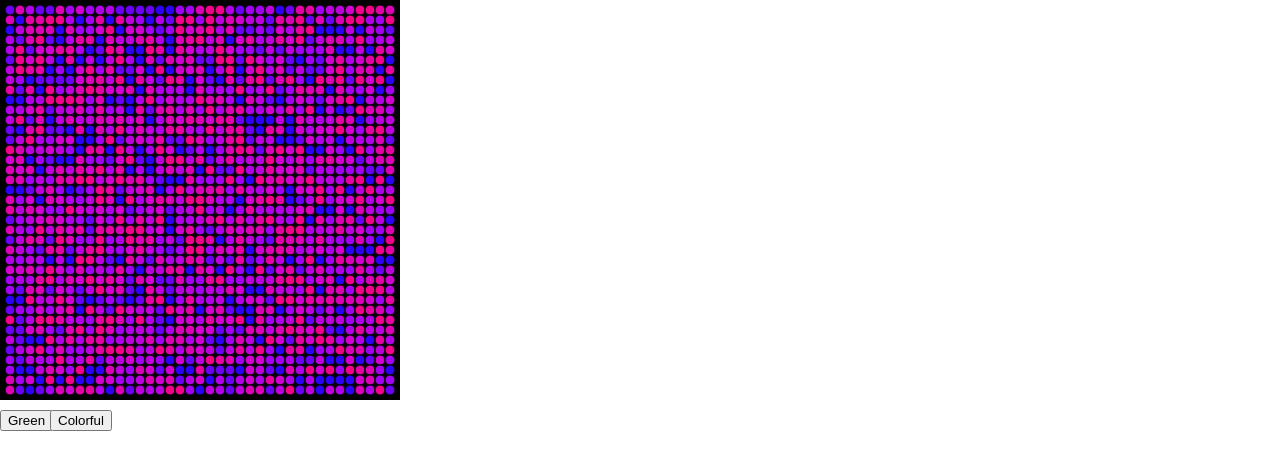
Repository: patriciqa/GenComp
Page: content/day02/pattern/index.html
An editor plug-in stored every save of this project. The page is shown before and after the next save, followed by the edit.
The browser window is 1280 px wide. The pictures show the whole page.

Above is the page before, as saved 2021-09-30 11:57:57.

After the next save:
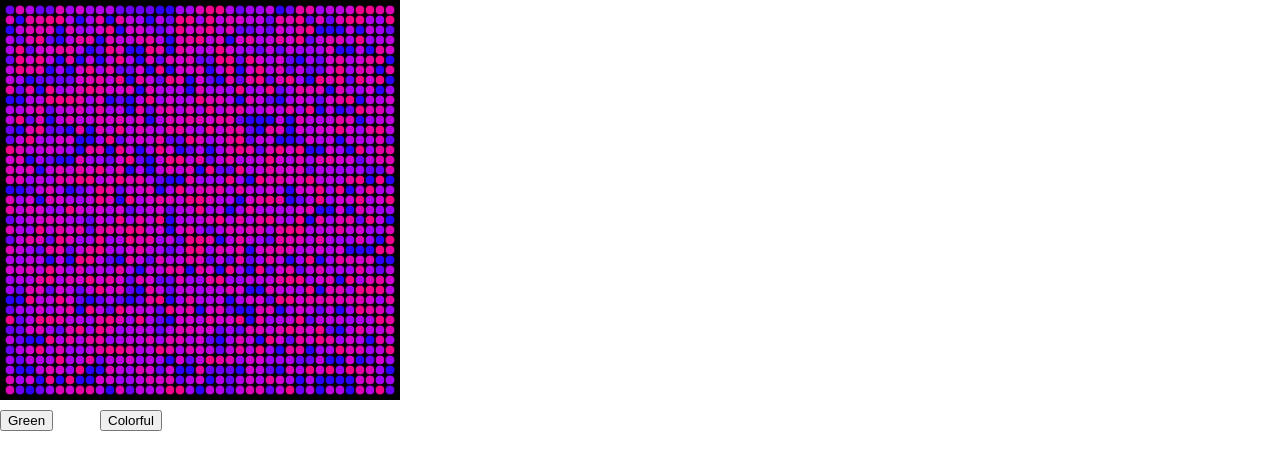
Saved 6 s later.
--- a/content/day02/pattern/circlePattern.js
+++ b/content/day02/pattern/circlePattern.js
@@ -33,7 +33,7 @@ function setup() {
   greenbButton.position(0, 410);
   greenbButton.mousePressed(changeColor('green'));
   colorButton = createButton('Colorful');
-  colorButton.position(50, 410);
+  colorButton.position(100, 410);
   colorButton.mousePressed(changeColor('colorful'));
 }
 
